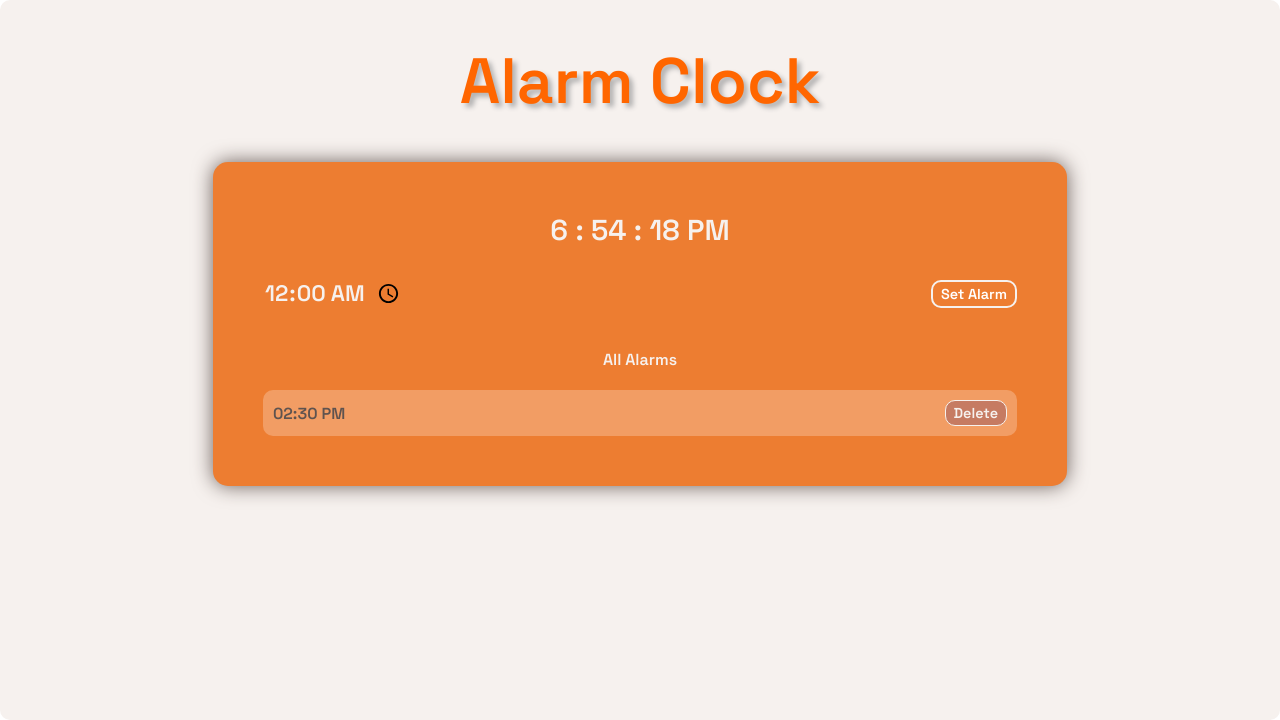
Repository: Pragya016/Alarm-Clock
Page: Index.html
An editor plug-in stored every save of this project. The page is shown before and after the next save, followed by the edit.
The browser window is 1280 px wide. The pictures show the whole page.

Above is the page before, as saved 2024-01-19 22:28:17.

### Index.html
<!DOCTYPE html>
<html lang="en">

<head>
    <meta charset="UTF-8">
    <meta name="viewport" content="width=device-width, initial-scale=1.0">
    <!-- css stylesheet -->
    <link rel="stylesheet" href="styles.css">

    <title>Alarm Clock</title>
</head>

<body>
    <div id="box">
        <h1>Alarm Clock</h1>
        <div class="container">

            <!-- showing the current time -->
            <div id="current-time">
                <h2 class="cur-time"></h2>
            </div>

            <!-- to set the alarm -->
            <div id="set-alarm">
                <h3>
                    <input type="time" class="set-time" value="00:00">
                </h3>
                <button type="button" id="set-alarm-btn">
                    Set Alarm
                </button>
            </div>

            <!-- list of alarms that are already been set -->
            <div id="all-alarms">
                <p class="heading"><b>All Alarms</b>
                </p>
                <div class="alarm">
                    <p class="preSetAlarmTime">
                        02:30 PM
                    </p>
                    <button type="button" class="dlt-alarm-btn">
                        Delete
                    </button>
                </div>
            </div>
        </div>
    </div>
    <!-- script -->
    <script src="clock.js"></script>
</body>

</html>

### styles.css
@import url('https://fonts.googleapis.com/css2?family=IBM+Plex+Mono:wght@700&family=Space+Grotesk:wght@600&display=swap');

/* default css styles */
:root {
    --creamColor : #F6F1EE;
    --orangeShadeDark : #ff6600;
    --OrangeColor : #ED7D31;
    --brownColor : #6C5F5B;
    --brownShadeDarker : #5f534f;
    --orangeShadeDarker : #ba4c28;
}

body, html{
    margin: 0;
    padding: 0;
}

*{
    box-sizing: border-box;
    margin: 0;
        font-family: 'IBM Plex Mono', monospace;
font-family: 'Space Grotesk', sans-serif;
}

/* main container */
#box{
    height: 100vh;
    padding: 30px;
    width: 100%;
    margin: auto;
    border-radius: 10px;
    background-color: var(--creamColor);
}

#box h1{
    color: var(--orangeShadeDark);
    text-align: center;
    margin-top: 10px;
    font: 900;
    font-size: 4rem;
    overflow: hidden;
    text-shadow: 4px 4px 5px rgb(179, 178, 178);
}

/* ----------------------------- */

#current-time{
    font-size: 1.2rem;
}

/* ----------------------------- */

.container {
    color: var(--creamColor);
    height: auto;
    width: 70%;
    overflow: scroll;
    margin: 40px auto 0;
    padding: 50px;
    font-family: Arial, Helvetica, sans-serif;
    display: flex;
    flex-direction: column;
    /* letter-spacing: 3px; */
    align-items: center;
    border-radius: 15px;
    background-color: var(--OrangeColor);
    box-shadow: 0px 0px 20px var(--brownColor);
}

/* ----------------------------- */
/* set alarm container */

#set-alarm {
    display: flex;
    justify-content: space-between;
    width: 100%;
    margin: 30px auto 20px auto;
}

.set-time {
    border: none;
    background-color: #00000000;
    color: var(--creamColor);
}

.set-time{
    border: none;
    font-size: larger;
    font-weight: 600;
}

/* ----------------------------- */
/* all alarms container */

#all-alarms {
    margin-top: 20px;
    display: flex;
    justify-content: space-between;
    width: 100%;
    height: auto;
    flex-direction: column;
    align-items: center;
}

#all-alarms .heading {
    color: var(--creamColor);
}

.alarm{
    display: flex;
    justify-content: space-between;
    width: 100%;
    padding: 10px;
    background-color: rgba(255, 255, 255, 0.247);
    margin-top: 20px;align-items: center;
    border-radius: 10px;
}

.alarm .preSetAlarmTime {
    font-size: 1rem;
    color: var(--brownShadeDarker);
}

.dlt-alarm-btn{
    border: 1px solid var(--creamColor);;
    background-color: hsl(15, 47%, 58%);
    color: var(--creamColor);
}

.dlt-alarm-btn:hover {
    border-color:var(--orangeShadeDarker);
    background-color: #F6F1EE;
    color: var(--orangeShadeDarker);
}

/* ----------------------------- */

button {
    width: auto;
    margin: auto 0;
    border-radius: 10px;
    font: 600;
    font-size: 0.9rem;
    border: none;
     padding: 3px 8px;
    border: 2px solid #F6F1EE;;
    background-color: #ED7D31;
    cursor: pointer;
    color: white;
}

button:hover{
   color: #ce5300;
    background-color: var(--creamColor);
}

### clock.js

// selecting all the elements of html
const currentTime = document.querySelector('.cur-time');
const setNewAlarm = document.querySelector('.set-time');
const setNewAlarmBtn = document.querySelector('#set-alarm-btn');
const preSetAlarmTime = document.querySelector('.preSetAlarmTime');
const deleteBtn = document.querySelector('.dlt-alarm-btn');
const allAlarmsContainer = document.querySelector('#all-alarms');



// --------------------------------------------
// display the current time

function updateTime() {
    let currentDate = new Date();
    let hours = currentDate.getHours();
    let minutes = currentDate.getMinutes();
    let seconds = currentDate.getSeconds();

    // selecting am or pm
    var ampm = (hours >= 12) ? "PM" : "AM";

    // getting hours minutes and seconds
    hours = (hours < 10) ? "0" + hours : hours - 12;
    minutes = (minutes < 10) ? "0" + minutes : minutes;
    seconds = (seconds < 10) ? "0" + seconds : seconds;

    // setting the tet content to current time
    let currentTimeString = `${hours} : ${minutes} : ${seconds} ${ampm}`;
    currentTime.textContent = currentTimeString;
}

setInterval(updateTime, 1000);
updateTime();


// --------------------------------------------
// setting new alarm

setNewAlarmBtn.addEventListener('click', () => {
    // getting the input value
    const timeInput = setNewAlarm.value;
    let [hourVal, minVal] = timeInput.split(':');

        // console.log(minVal, hourVal)
        if (hourVal === '00') {
            hourVal = 12;
        }

        // html for newly created alarm
    const newAlarm = `
            <div class="alarm">
                <p class="preSetAlarmTime">
                    ${hourVal}:${minVal} ${hourVal >= 12 ? 'PM' : 'AM'}
                </p>
                <button type="button" class="dlt-alarm-btn">
                    Delete
                </button>
            </div>
        `;

        // inserting the html to the container
        setTimeout(() => {
            allAlarmsContainer.insertAdjacentHTML('beforeend', newAlarm);
            setNewAlarm.value = '00:00';
            startCountDown(hourVal, minVal);
        }, 300);

});

// --------------------------------------------
function startCountDown(hours, minutes) {
    // calculating seconds
    const totalMin = (hours * 60) + minutes;
    let totalSeconds = totalMin * 60;

    setTimeout(() => {
        alert('alarm ended!!')
    }, totalSeconds)
}


// --------------------------------------------
// deleting the alarm
allAlarmsContainer.addEventListener('click', (e) => {
    // checking if delete alarm btn is present or not
    if (e.target.classList.contains('dlt-alarm-btn')) {

        // finding the closest element
        const alarmElement = e.target.closest('.alarm');

        // deleting the alarm
        if (alarmElement) {
            setTimeout(() => {
                alarmElement.remove();
            }, 300);
        }
    }
});

After the next save:
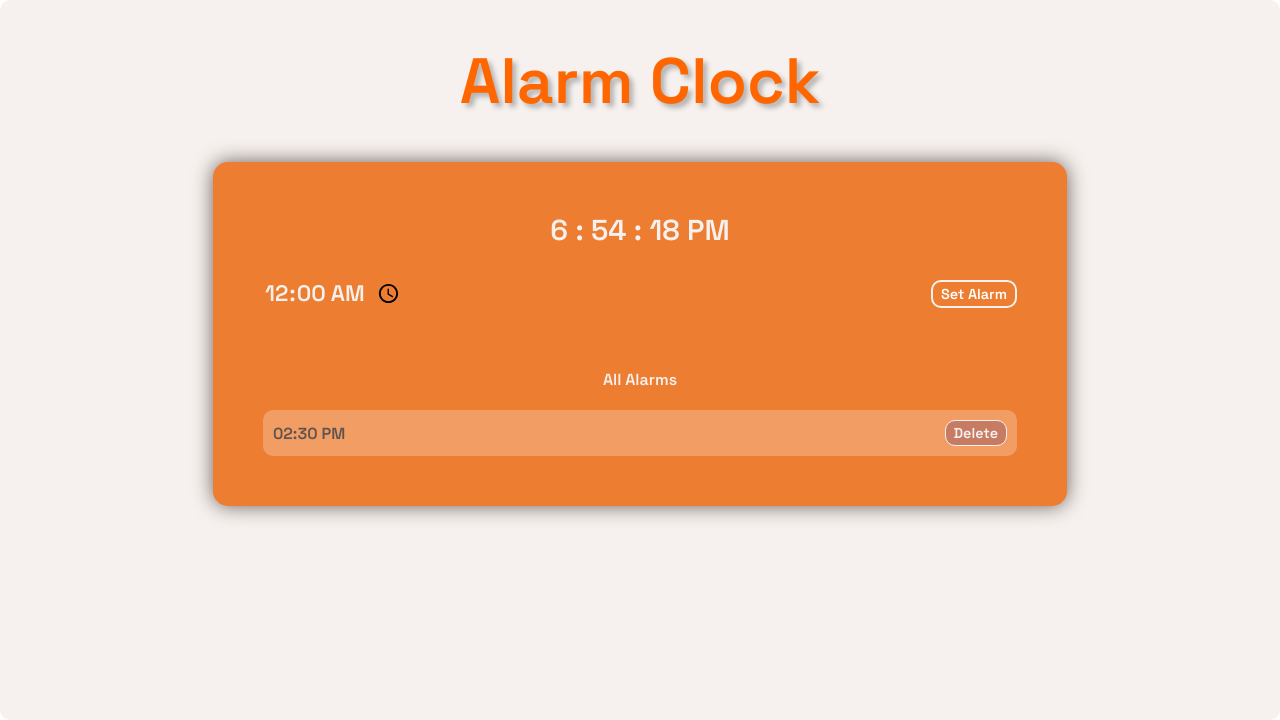
Saved 13 s later.
--- a/styles.css
+++ b/styles.css
@@ -93,7 +93,7 @@
 /* all alarms container */
 
 #all-alarms {
-    margin-top: 20px;
+    margin-top: 40px;
     display: flex;
     justify-content: space-between;
     width: 100%;

After the save that followed:
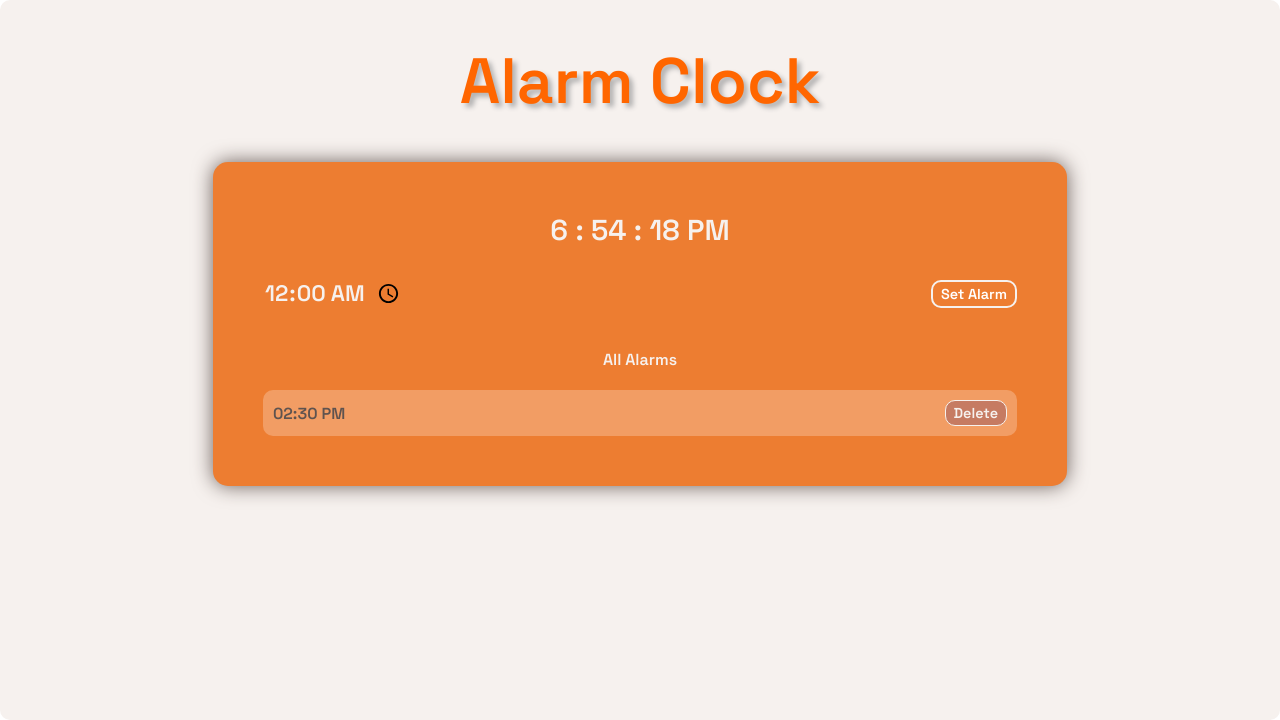
Saved 4 s later.
--- a/styles.css
+++ b/styles.css
@@ -93,7 +93,7 @@
 /* all alarms container */
 
 #all-alarms {
-    margin-top: 40px;
+    margin-top: 20px;
     display: flex;
     justify-content: space-between;
     width: 100%;
